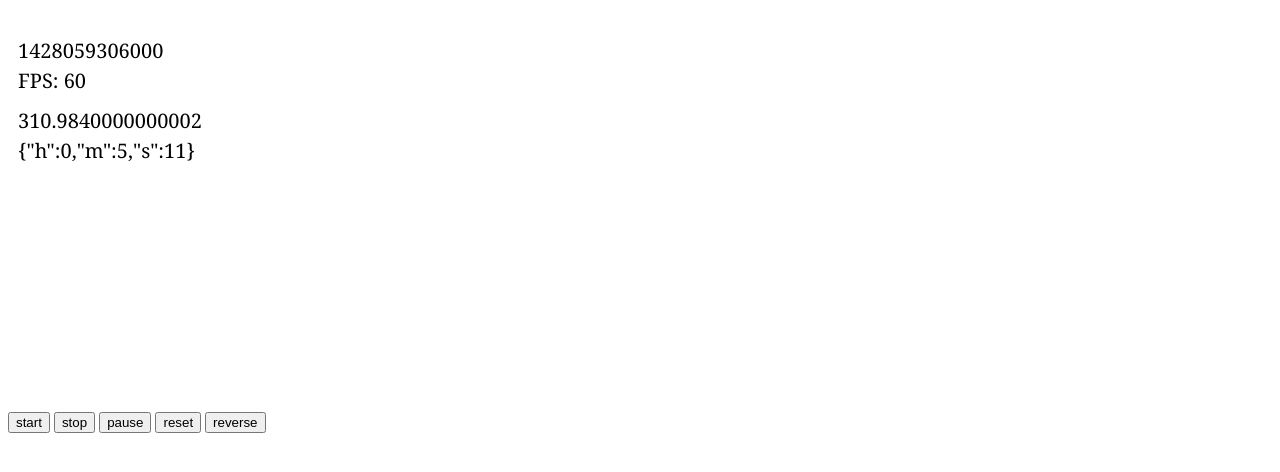
Repository: WebRTCGame/game-timer
Page: index.html
The author's editor kept a record of every edit. The page is drawn from the files as they stood at one moment, then again after the next edit.
The browser window is 1280 px wide. The pictures show the whole page.

Above is the page before.

After the next edit:
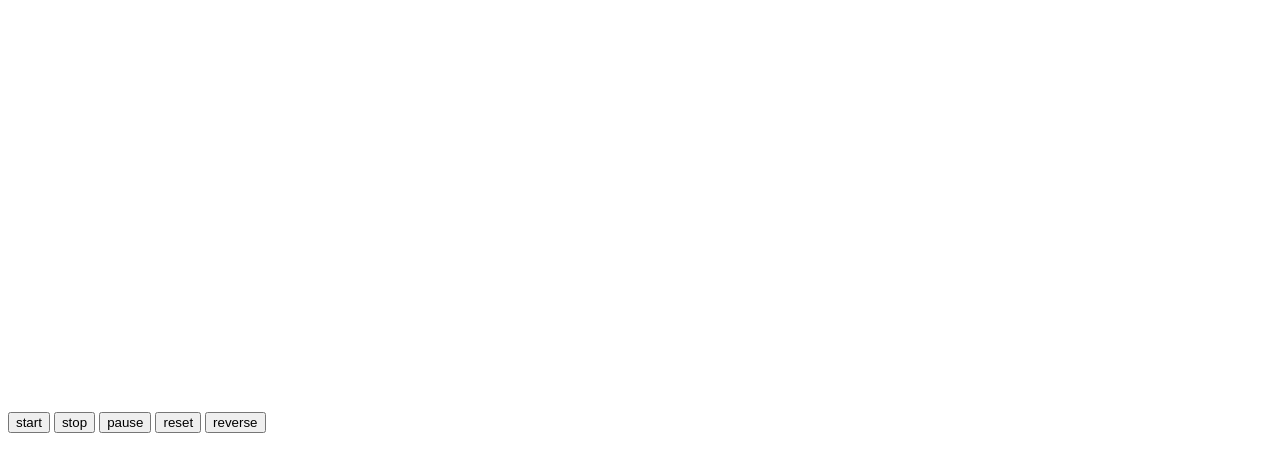
Console error: SyntaxError: Unexpected token '{'
The edit:
--- a/index.html
+++ b/index.html
@@ -47,7 +47,7 @@
                 });
 
                 timer.when = function(newValue) {
-                    if (newValue >= timer.HMStoS({
+                    if (Math.round(newValue) >= Math.round(timer.HMStoS({
                             h: 0,
                             m: 5,
                             s: 15

After the edit that followed:
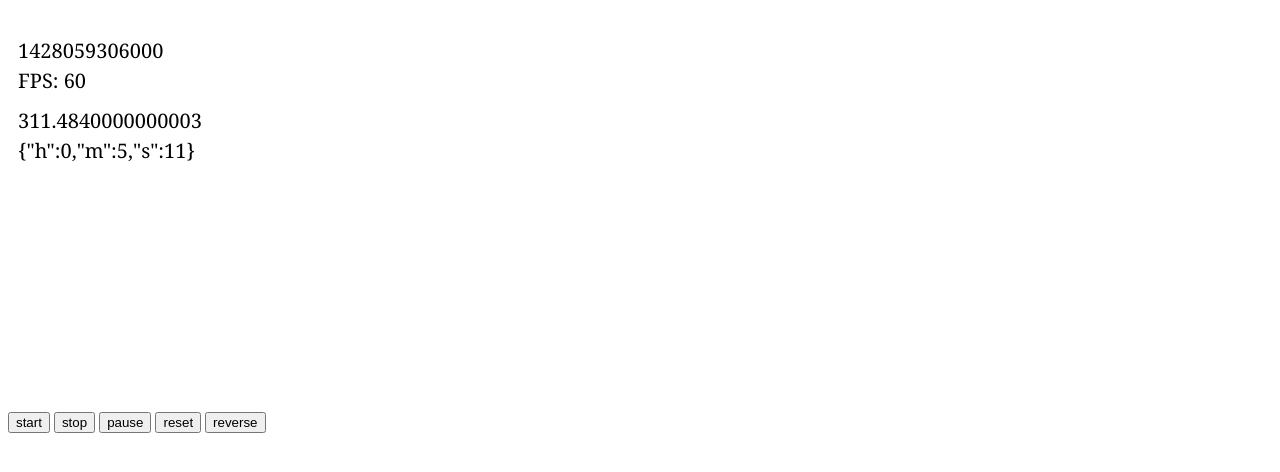
The error is gone.
The edit:
--- a/index.html
+++ b/index.html
@@ -51,7 +51,7 @@
                             h: 0,
                             m: 5,
                             s: 15
-                        })) {
+                        }))) {
                         timer.reset();
                     }
                 };
